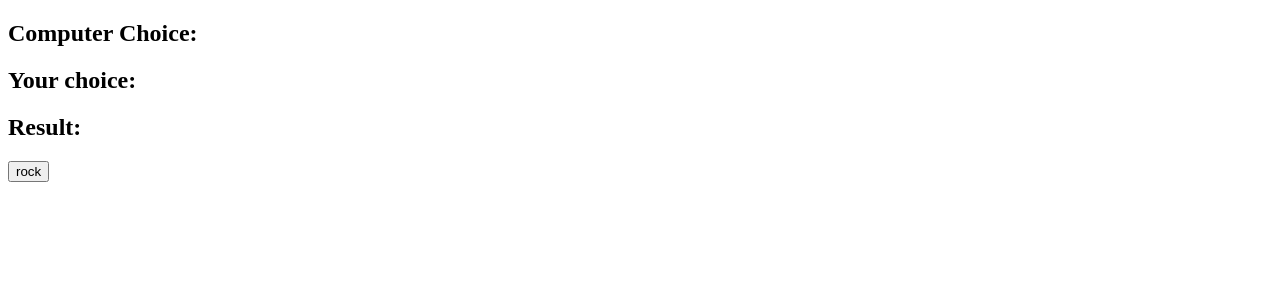
Repository: biggie-pti/java-script-simple-game
Page: index.html
The author's editor kept a copy of each file at every save. The page is drawn from the files as they stood at one save, then again after the next save.
The browser window is 1280 px wide. The pictures show the whole page.

Above is the page before, as saved 2022-02-28 18:55:56.

### index.html
<!DOCTYPE html>
<html lang="en">
<head>
    <meta charset="UTF-8">
    <meta http-equiv="X-UA-Compatible" content="IE=edge">
    <meta name="viewport" content="width=device-width, initial-scale=1.0">
    <title>Rock Paper Scissors Tutorial</title>
</head>
<body>
    <h2>Computer Choice: <span id="computer-choice"></span></h2>
    <h2>Your choice: <span id="user-choice"></span></h2>
    <h2> Result: <span id="result"></span></h2>

    <button id="rock"> rock</button>

    <script src="app.js" charset="utf-8"></script>
</body>
</html>

Loaded but not shown: app.js (no copy from this time; the picture is the same without it)

After the next save:
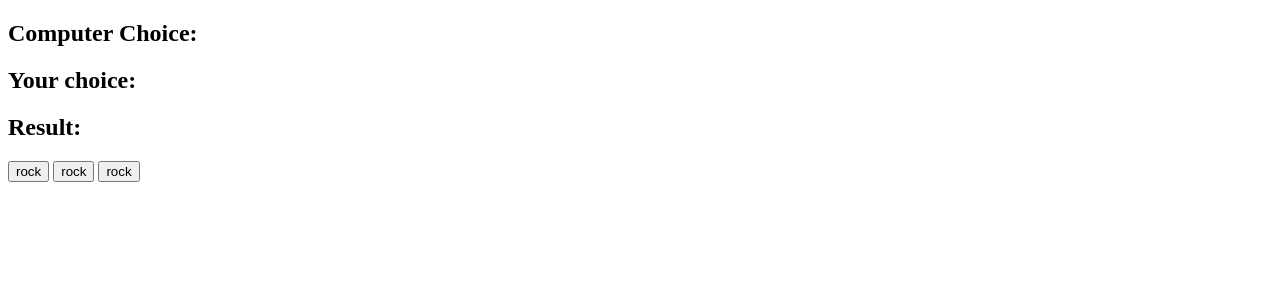
Saved 21 s later.
--- a/index.html
+++ b/index.html
@@ -12,6 +12,8 @@
     <h2> Result: <span id="result"></span></h2>
 
     <button id="rock"> rock</button>
+    <button id="rock"> rock</button>
+    <button id="rock"> rock</button>
 
     <script src="app.js" charset="utf-8"></script>
 </body>
